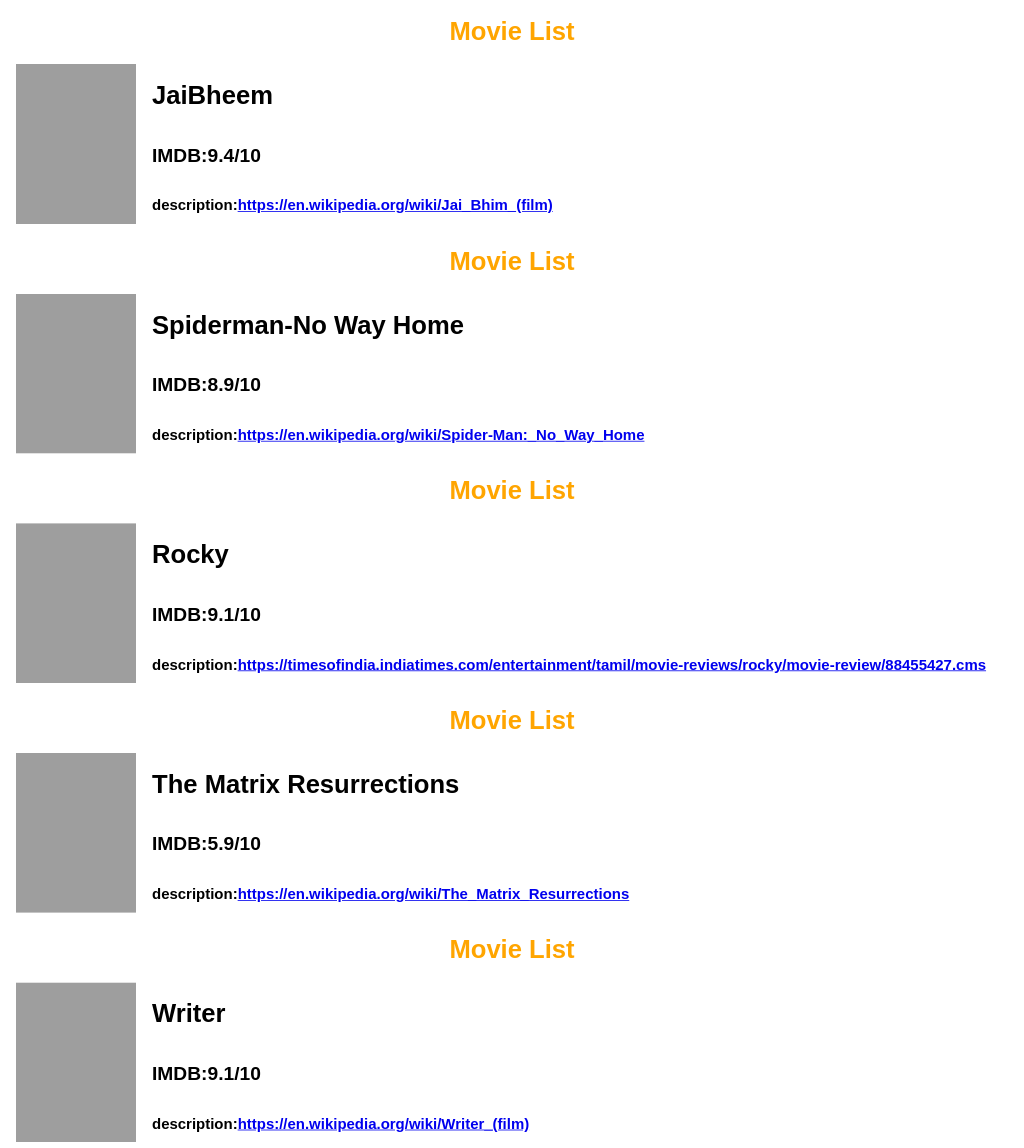
Repository: baladhinesh18/first-app
Page: /
The author's editor kept a copy of each file at every save. The page is drawn from the files as they stood at one save, then again after the next save.
The browser window is 1280 px wide. The pictures show the whole page, at 80% of full size.
Pictures or frames that could not be fetched are drawn as grey boxes. The project was rebuilt for these pictures with package versions that can differ from the ones it lists, and the page was loaded fresh each time.

Above is the page before, as saved 2021-12-25 13:18:38.

After the next save:
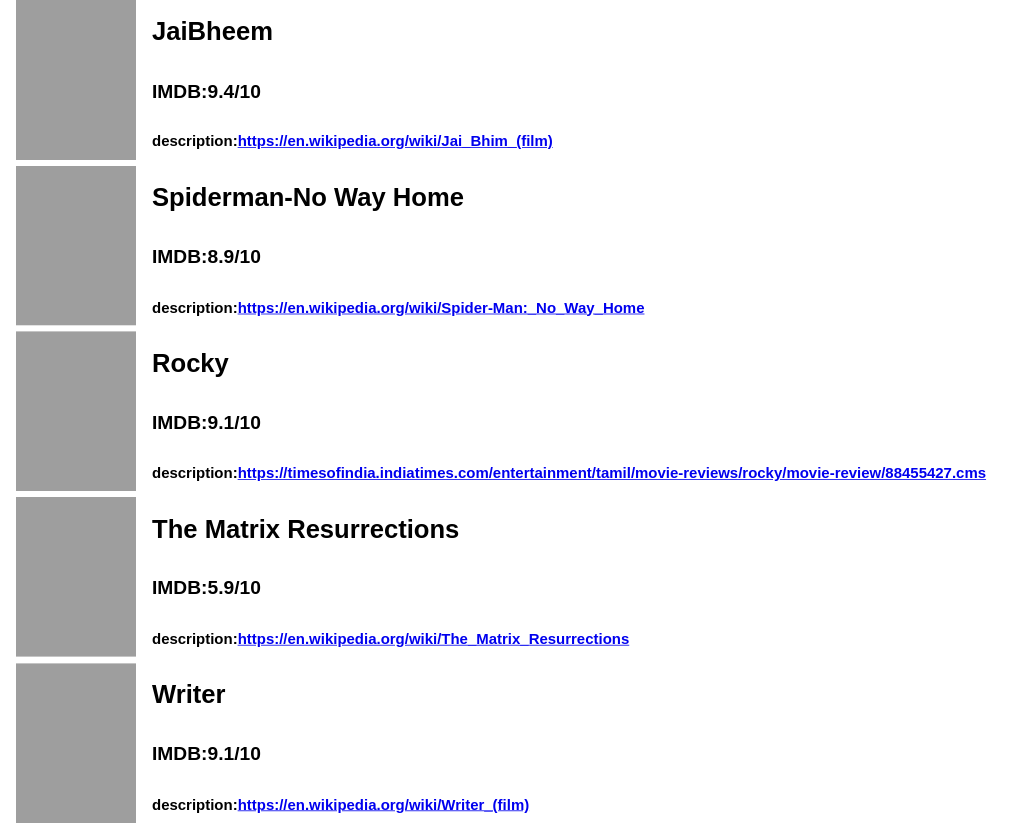
Saved 77 s later.
--- a/src/App.js
+++ b/src/App.js
@@ -41,7 +41,9 @@
   return (
     <div className="App">
       {users.map(({ name, url ,rating,summary}) => (
-        <Starting nme={name} ur={url} rat={rating} des={summary} />
+        <Starting nme={name} ur={url} rat={rating} des={summary} >
+        <h1 className="lor">Movie List</h1>
+        </Starting>
       ))}
     </div>
   );
@@ -51,7 +53,6 @@
 
   return (
     <div>
-    <h1 className="lor">Movie List</h1>
     <div className="ro">
      <img src={ur} className="mg" alt="avatar" />
       <div className="col">

After the save that followed:
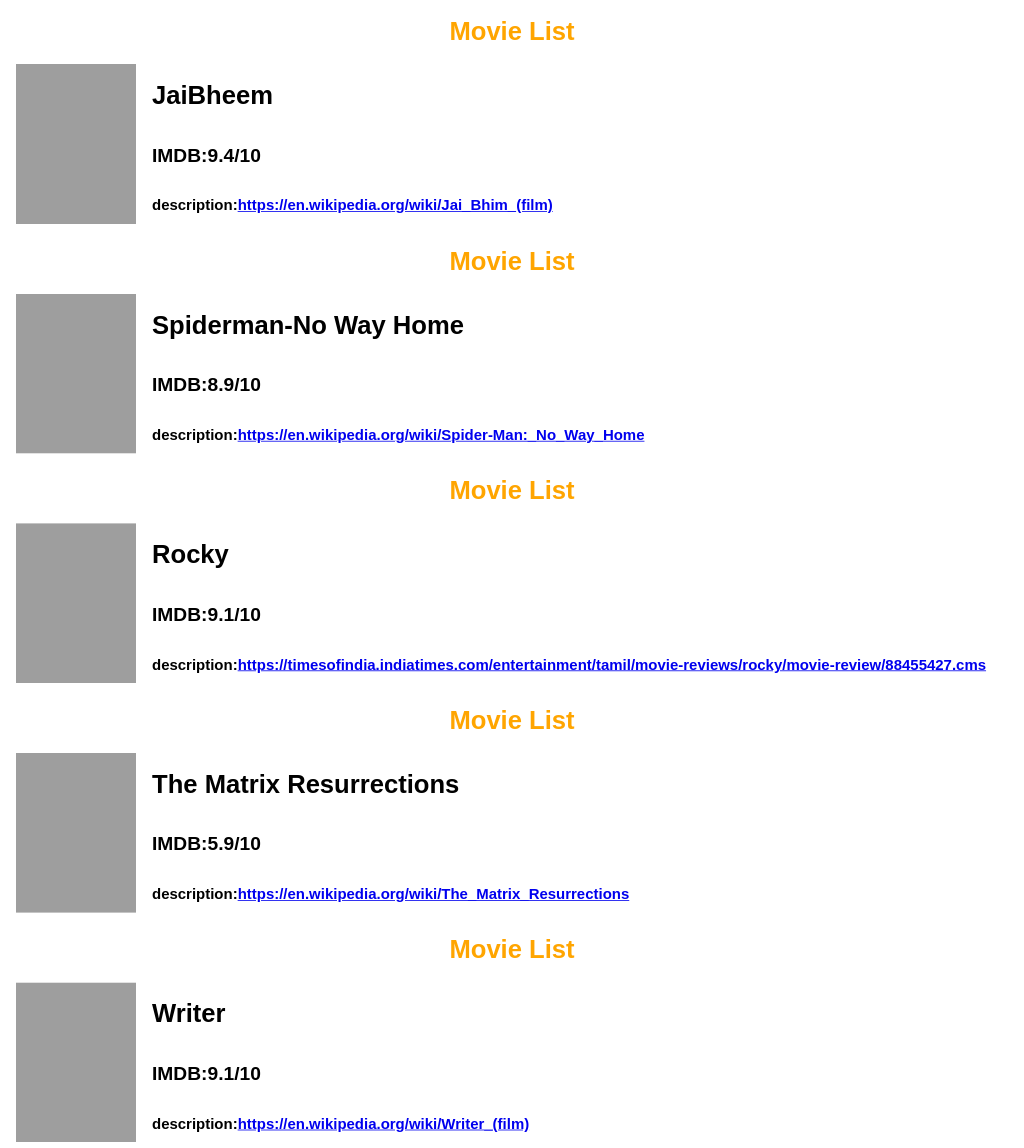
Saved 2 min 54 s later.
--- a/src/App.js
+++ b/src/App.js
@@ -42,7 +42,7 @@
     <div className="App">
       {users.map(({ name, url ,rating,summary}) => (
         <Starting nme={name} ur={url} rat={rating} des={summary} >
-        <h1 className="lor">Movie List</h1>
+
         </Starting>
       ))}
     </div>
@@ -52,7 +52,7 @@
 function Starting({ nme, ur,rat,des }) {
 
   return (
-    <div>
+    <div> <h1 className="lor">Movie List</h1>
     <div className="ro">
      <img src={ur} className="mg" alt="avatar" />
       <div className="col">
